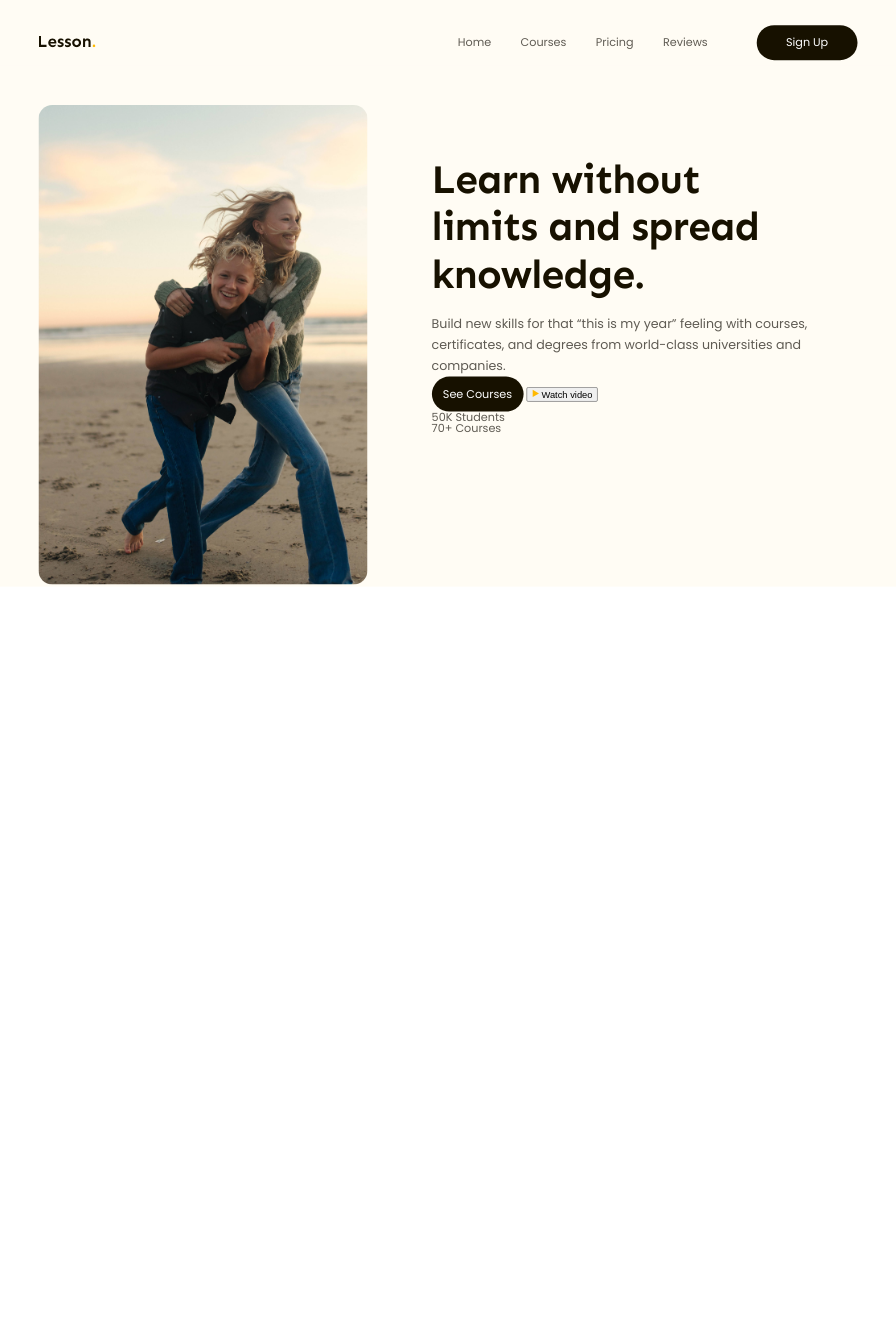
Repository: tinhtranjp/htmlcss-01
Page: index.html
An editor plug-in stored every save of this project. The page is shown before and after the next save, followed by the edit.
The browser window is 1280 px wide. The pictures show the part of the page from y = 0 to 1920 px (the page is 5000 px tall), at 70% of full size.

Above is the page before, as saved 2023-01-20 05:19:02.

After the next save:
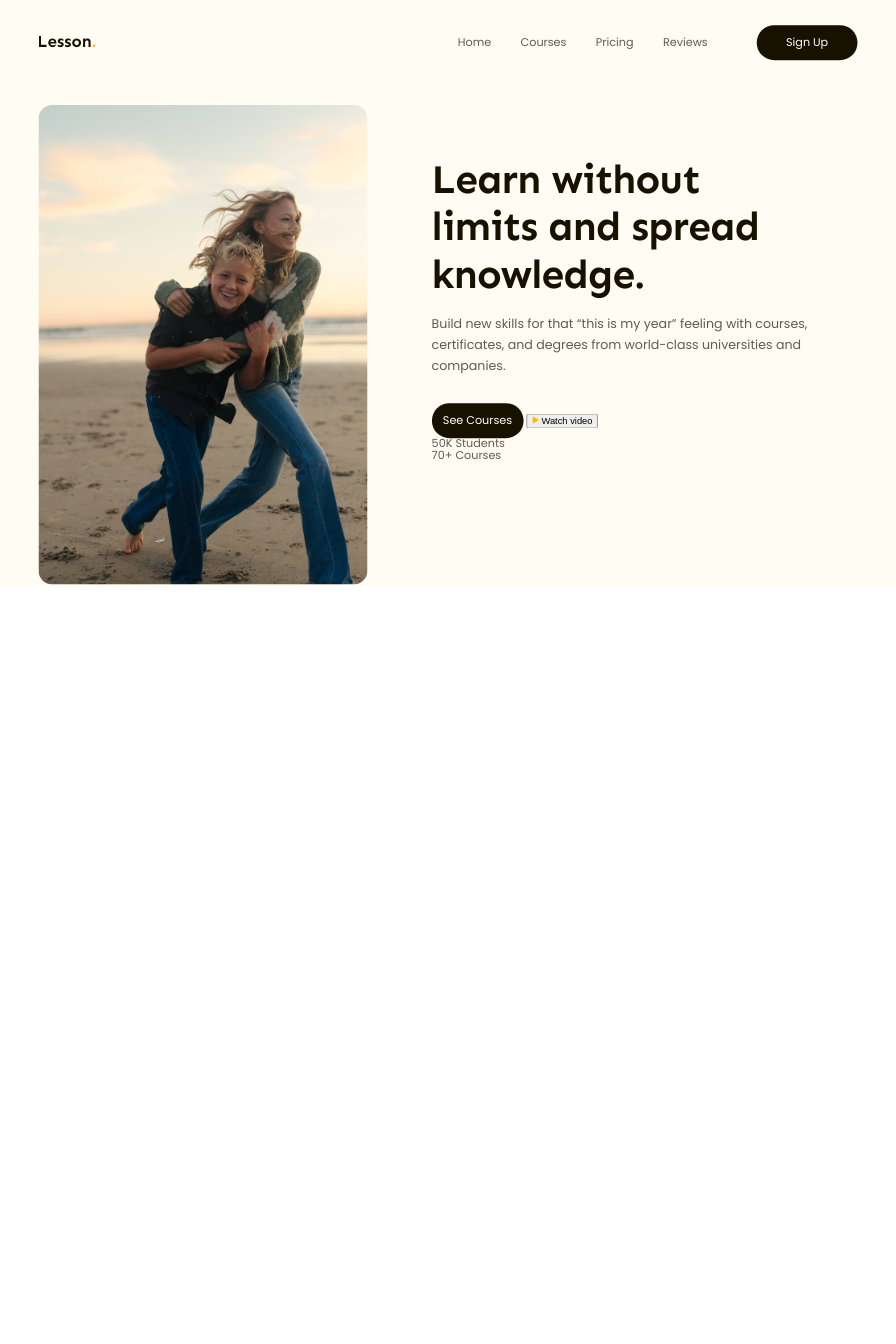
Saved 44 s later.
--- a/assets/css/styles.css
+++ b/assets/css/styles.css
@@ -107,3 +107,7 @@
   line-height: 1.67;
   color: #5f5b53;
 }
+
+.hero .accition {
+  margin-top: 38px;
+}
